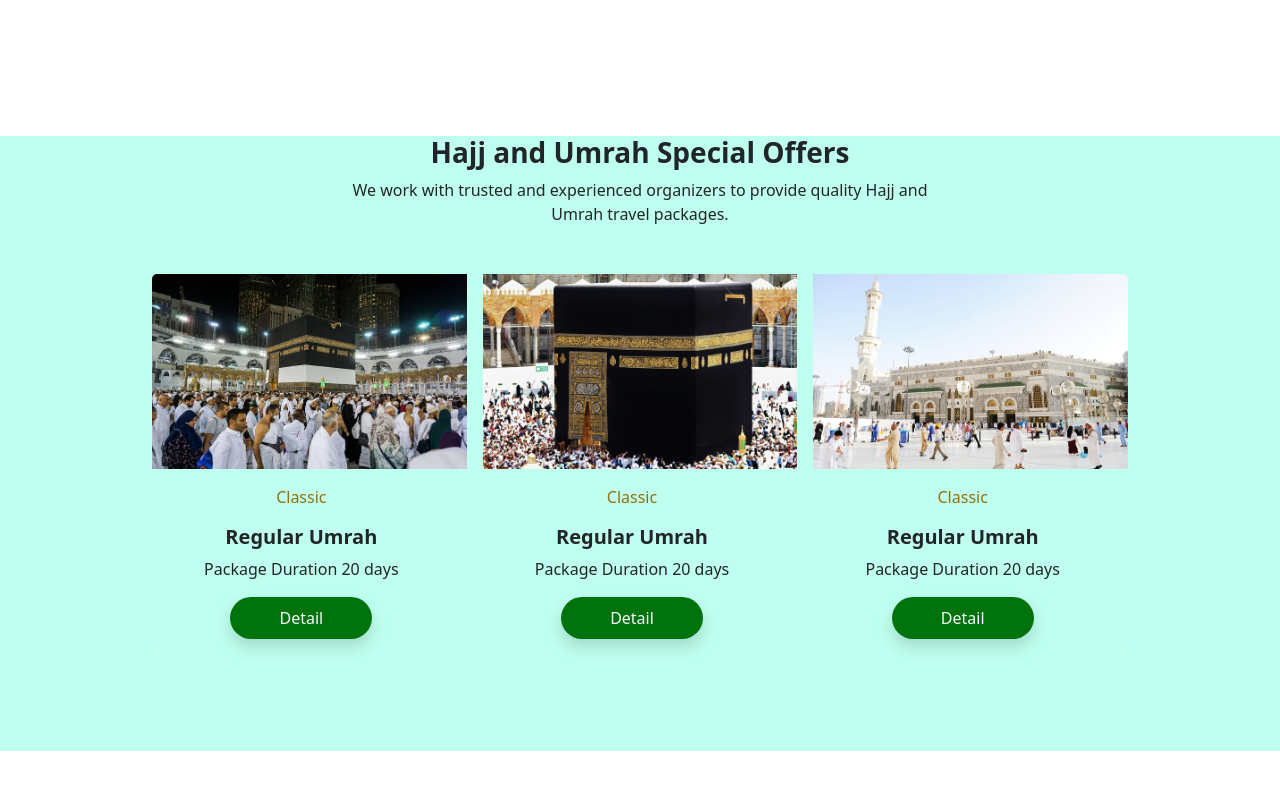
Repository: Putrabobi/Task7
Page: index.html
An editor plug-in stored every save of this project. The page is shown before and after the next save, followed by the edit.
The browser window is 1280 px wide. The pictures show the part of the page from y = 2053 to 2872 px (the page is 2852 px tall before and 2872 px after).
A picture or video elsewhere on the page could not be fetched, so the positions and the page height are approximate.

Above is the page before, as saved 2024-03-25 14:29:13.

### index.html
<!DOCTYPE html>
<html lang="en">

<head>
    <meta charset="UTF-8">
    <meta name="viewport" content="width=device-width, initial-scale=1.0">
    <title>Haji & Umroh</title>
    <link href="https://cdn.jsdelivr.net/npm/bootstrap@5.3.3/dist/css/bootstrap.min.css" rel="stylesheet"
        integrity="sha384-QWTKZyjpPEjISv5WaRU9OFeRpok6YctnYmDr5pNlyT2bRjXh0JMhjY6hW+ALEwIH" crossorigin="anonymous">
</head>

<body>

    <!-- Navbar -->
    <nav class="navbar navbar-expand-lg  bg-body-tertiary mb-4">
        <div class="container-fluid">
            <a class="navbar-brand" href="#">
                <span style="color: darkgreen;" class="fw-bold">Uda</span>
                <span style="color: olive;" class="fw-bold">Tour</span>
            </a>

            <button class="navbar-toggler" type="button" data-bs-toggle="collapse"
                data-bs-target="#navbarSupportedContent" aria-controls="navbarSupportedContent" aria-expanded="false"
                aria-label="Toggle navigation">
                <span class="navbar-toggler-icon"></span>
            </button>
            <div class="collapse navbar-collapse" id="navbarSupportedContent">
                <ul class="navbar-nav me-auto mb-2 mb-lg-0 mx-auto">
                    <li class="nav-item" style="margin-right: 30px;">
                        <a class="nav-link active" aria-current="page" href="#"
                            style="border-bottom: 4px solid #00570f; color: #000000;">Home</a>
                    </li>
                    <li class="nav-item" style="margin-right: 30px;">
                        <a class="nav-link" href="#" style="color: #000;">Haji</a>
                    </li>
                    <li class="nav-item" style="margin-right: 30px;">
                        <a class="nav-link disabled" style="color: #000;">Umroh</a>
                    </li>
                    <li class="nav-item" style="margin-right: 30px;">
                        <a class="nav-link disabled" style="color: #000;">Blog</a>
                    </li>
                    <li class="nav-item" style="margin-right: 30px;">
                        <a class="nav-link disabled" style="color: #000;">Gallery</a>
                    </li>
                </ul>
                <button class="btn btn-outline-dark" type="submit">Register</button>
            </div>

        </div>
    </nav>

    <!-- Background -->

    <div class="position-relative text-center mb-5">
        <img src="images/mekkah.jpg" style="filter: brightness(50%);" alt="Mekkah" width="100%">
        <h1 class="position-absolute top-0 start-50 translate-middle-x text-light" style="margin-top: 5%;">Take you on a
            holy journey</h1>
        <h5 class="position-absolute top-0 start-50 translate-middle-x text-light" style="margin-top: 45%;">Find the
            best Hajj travel package that suits your needs. Enjoy a worship experience guided by a professional and
            experienced team.</h5>
        <button type="button"
            style="position: absolute; bottom: 20px; left: 50%; transform: translateX(-50%); background-color: green; color: white; padding: 10px 50px; border: none; border-radius: 100px; cursor: pointer;">Explore</button>
    </div>

    <!-- Maskapai -->

    <div style="text-align: center;">
        <h1>Our Partner</h1>
        <img src="images/maskapai1.png" alt="maskapai1" style="width: 350px;">
        <img src="images/maskapai2.png" alt="maskapai2" style="width: 350px;">
        <img src="images/maskapai3.png" alt="maskapai3" style="width: 350px;">
        <img src="images/maskapai4.png" alt="maskapai4" style="width: 350px;">
    </div>

    <div>
        <svg xmlns="http://www.w3.org/2000/svg" viewBox="0 0 1440 320">
            <path fill="#8f6b00" fill-opacity="1"
                d="M0,64L120,96C240,128,480,192,720,192C960,192,1200,128,1320,96L1440,64L1440,320L1320,320C1200,320,960,320,720,320C480,320,240,320,120,320L0,320Z">
            </path>>
        </svg>
    </div>
    <div style="background-color: #8f6b00; position: relative;" class="text-white">
        <div class="container d-flex justify-content-center align-items-center">
            <div class="row">
                <div class=" text-center">
                    <h3 class="fw-bold pb-3">Hajj and Umrah Program</h3>
                    <h5 class="py-3 mb-3" style="width: 50%; margin: 0 auto;">Find complete and well-organized Hajj and
                        Umrah
                        programs. Get a package that meets your needs for a meaningful spiritual journey.</h5>
                    <button class="btn text-light padding: 10px 50px rounded-5 px-5 py-2 shadow"
                        style="background-color: #00730c;">Explore</button>
                </div>
                <div class="">
                    <img src="img/kabah_only.png" alt="" width="20%"
                        style="position: absolute; left: 25; top: 50%; transform: translateY(-50%);">
                </div>
            </div>
        </div>
        <svg xmlns="http://www.w3.org/2000/svg" viewBox="0 0 1440 320">
            <path fill="#ffffff" fill-opacity="1"
                d="M0,160L120,138.7C240,117,480,75,720,74.7C960,75,1200,117,1320,138.7L1440,160L1440,320L1320,320C1200,320,960,320,720,320C480,320,240,320,120,320L0,320Z">
            </path>
        </svg>
    </div>

    <div class="">
        <img src="images/mekkah4.png" alt="" width="20%"
            style="position: absolute; left: 5%; top: 250%;  transform: translateY(-50%);">
    </div>

    </div>
    </div>
    </div>
    </div>

    <div class="my-10" style="background-color: rgb(191, 255, 239); text-align: center;">
    <div style="margin: 0 auto; max-width: 600px;">
        <h3 class="fw-bold">Hajj and Umrah Special Offers</h3>
        <p>We work with trusted and experienced organizers to provide quality Hajj and Umrah travel packages.</p>
    </div>
    <div class="my-5 mx-5 px-5 pb-5 justify-content-center">
        <div class="card-group mx-5 pb-5">
            <div class="card mx-2 border-0" style="width: 20rem; background-color: rgb(191, 255, 239);">
                <img src="images/mekkah1.jpeg" class="card-img-top" alt="mekkah1" style="max-width: 100%;">
                <div class="card-body ps-0">
                    <p class="card-text" style="color: #937009;">Classic</p>
                    <h5 class="card-title mt-2 fw-bold">Regular Umrah</h5>
                    <p class="card-text">Package Duration 20 days</p>
                    <button class="btn text-light padding: 10px 50px rounded-5 px-5 py-2 shadow"
                        style="background-color: #00730c;">Detail</button>
                </div>
            </div>
            <div class="card mx-2 border-0" style="width: 20rem; background-color: rgb(191, 255, 239);">
                <img src="images/mekkah2.png" class="card-img-top" alt="mekkah2" style="max-width: 100%;">
                <div class="card-body ps-0">
                    <p class="card-text" style="color: #937009;">Classic</p>
                    <h5 class="card-title mt-2 fw-bold">Regular Umrah</h5>
                    <p class="card-text">Package Duration 20 days</p>
                    <button class="btn text-light padding: 10px 50px rounded-5 px-5 py-2 shadow"
                        style="background-color: #00730c;">Detail</button>
                </div>
            </div>
            <div class="card mx-2 border-0" style="width: 20rem; background-color: rgb(191, 255, 239);">
                <img src="images/mekkah3.jpg" class="card-img-top" alt="mekkah1" style="max-width: 500%;">
                <div class="card-body ps-0">
                    <p class="card-text" style="color: #937009;">Classic</p>
                    <h5 class="card-title mt-2 fw-bold">Regular Umrah</h5>
                    <p class="card-text">Package Duration 20 days</p>
                    <button class="btn text-light padding: 10px 50px rounded-5 px-5 py-2 shadow"
                        style="background-color: #00730c;">Detail</button>
                </div>
            </div>
        </div>
    </div>
</div>











</body>

</html>

After the next save:
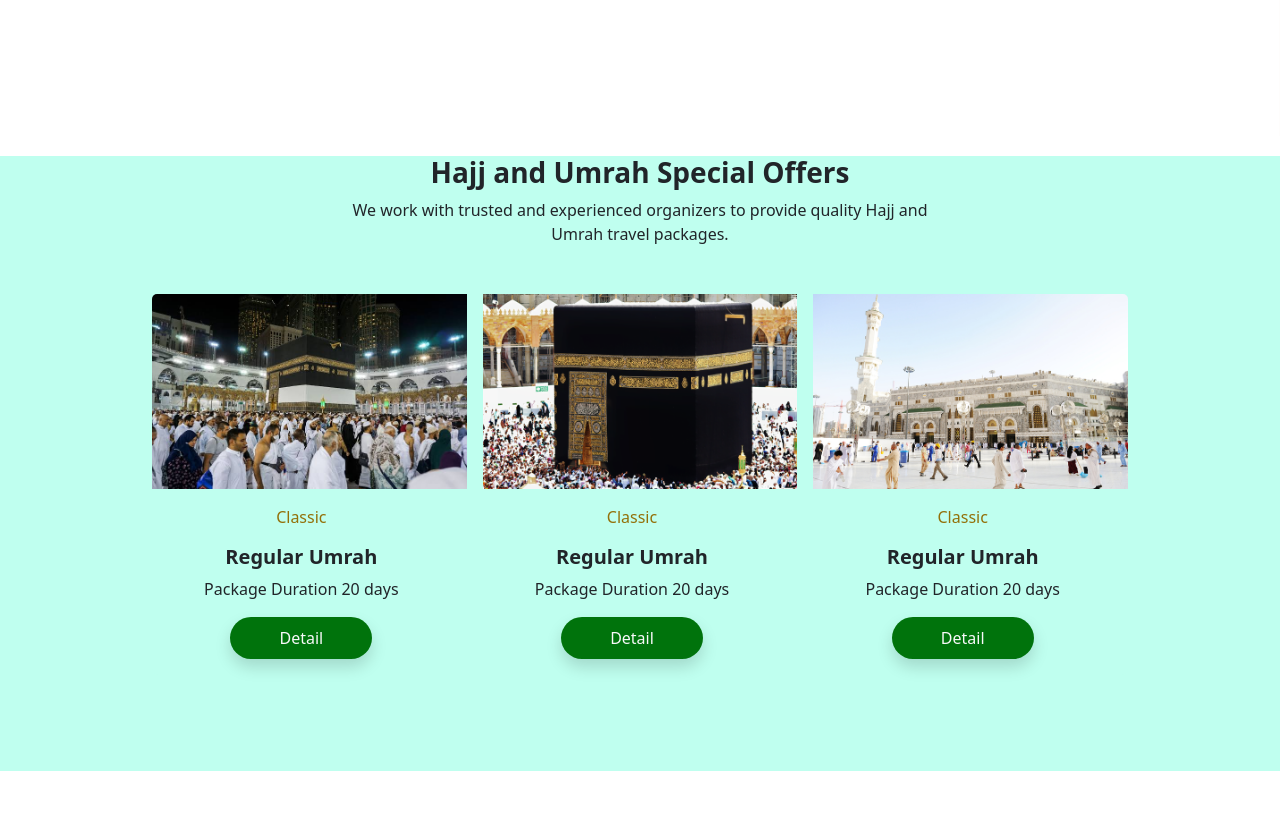
Saved 45 s later.
--- a/index.html
+++ b/index.html
@@ -114,10 +114,11 @@
     </div>
 
     <div class="my-10" style="background-color: rgb(191, 255, 239); text-align: center;">
-    <div style="margin: 0 auto; max-width: 600px;">
-        <h3 class="fw-bold">Hajj and Umrah Special Offers</h3>
-        <p>We work with trusted and experienced organizers to provide quality Hajj and Umrah travel packages.</p>
-    </div>
+        <div style="margin: 20px auto 0; max-width: 600px;">
+            <h3 class="fw-bold">Hajj and Umrah Special Offers</h3>
+            <p>We work with trusted and experienced organizers to provide quality Hajj and Umrah travel packages.</p>
+        </div>
+
     <div class="my-5 mx-5 px-5 pb-5 justify-content-center">
         <div class="card-group mx-5 pb-5">
             <div class="card mx-2 border-0" style="width: 20rem; background-color: rgb(191, 255, 239);">
